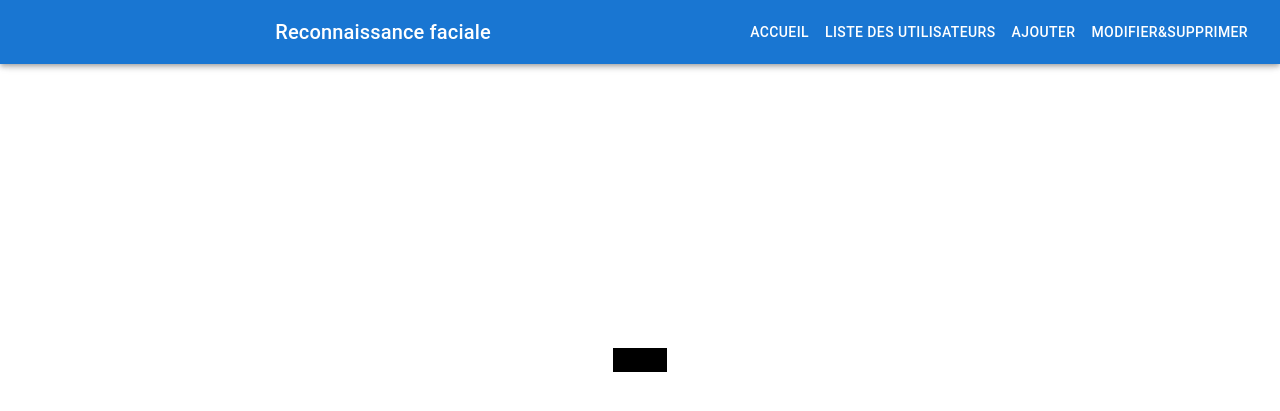
Repository: azizdeghais/Face-recognition-Platform
Page: / (app in front-end/)
These files come from the project's save history. The page is drawn as it stood at one moment and after the next save; the edit follows.
The browser window is 1280 px wide. The pictures show the whole page.
The project was rebuilt for these pictures with package versions that can differ from the ones it lists, and the page was loaded fresh each time. Also part of the build but not shown: front-end/vite.config.js, front-end/src/Ajouter/Ajouter.jsx, front-end/src/Modification/Modification.jsx, front-end/src/Liste/Liste.jsx.

Above is the page before, as saved 2023-05-15 00:48:23.

### front-end/src/main.jsx
import React from 'react'
import ReactDOM from 'react-dom/client'
import App from './App.jsx'
import './index.css'
import { BrowserRouter } from "react-router-dom";

ReactDOM.createRoot(document.getElementById('root')).render(
  <BrowserRouter>
    <App />
  </BrowserRouter>
)

### front-end/src/App.jsx
import './App.css'
import { Route, Routes } from "react-router-dom";
import Home from './Home/Home';
import Ajouter from './Ajouter/Ajouter';
import Modification from './Modification/Modification';
import Navbar from './Navbar/Navbar';
import Liste from './Liste/Liste';
function App() {

  return (
    <div>
      <Navbar/>
      <Routes>
        <Route path='/' element={<Home />} />
        <Route path='/ajouter' element={<Ajouter/>} />
        <Route path='/modifier' element={<Modification />} />
        <Route path='/liste' element={<Liste />} />

      </Routes>
    </div>
  )
}

export default App

### front-end/src/App.css
#root {
  max-width: 1280px;
  margin: 0 auto;
  padding: 2rem;
  text-align: center;
}

.logo {
  height: 6em;
  padding: 1.5em;
  will-change: filter;
  transition: filter 300ms;
}
.logo:hover {
  filter: drop-shadow(0 0 2em #646cffaa);
}
.logo.react:hover {
  filter: drop-shadow(0 0 2em #61dafbaa);
}

@keyframes logo-spin {
  from {
    transform: rotate(0deg);
  }
  to {
    transform: rotate(360deg);
  }
}

@media (prefers-reduced-motion: no-preference) {
  a:nth-of-type(2) .logo {
    animation: logo-spin infinite 20s linear;
  }
}

.card {
  padding: 2em;
}

.read-the-docs {
  color: #888;
}
.background-image{
  background-color: black;
}

### front-end/src/Home/Home.jsx
import React from 'react'
import '../App.css'
function Home() {
  return (
    <div className='background-image'>
      Accueil
    </div>
  )
}

export default Home

### front-end/src/Navbar/Navbar.jsx
import * as React from 'react';
import PropTypes from 'prop-types';
import AppBar from '@mui/material/AppBar';
import Box from '@mui/material/Box';
import CssBaseline from '@mui/material/CssBaseline';
import Divider from '@mui/material/Divider';
import Drawer from '@mui/material/Drawer';
import IconButton from '@mui/material/IconButton';
import List from '@mui/material/List';
import ListItem from '@mui/material/ListItem';
import ListItemButton from '@mui/material/ListItemButton';
import ListItemText from '@mui/material/ListItemText';
import MenuIcon from '@mui/icons-material/Menu';
import Toolbar from '@mui/material/Toolbar';
import Typography from '@mui/material/Typography';
import Button from '@mui/material/Button';
import {Link} from 'react-router-dom'
const drawerWidth = 240;
const navItems = ['Accueil','Liste des utilisateurs', 'Ajouter', 'Modifier&Supprimer'];



function DrawerAppBar(props) {
  const { window } = props;
  const [mobileOpen, setMobileOpen] = React.useState(false);

  const handleDrawerToggle = () => {
    setMobileOpen((prevState) => !prevState);
  };

  const drawer = (
    <Box onClick={handleDrawerToggle} sx={{ textAlign: 'center' }}>
      <Typography variant="h6" sx={{ my: 2 }}>
        Reconnaissance faciale
      </Typography>
      <Divider />
      <List>
       <ListItem disablePadding>
        <ListItemButton sx={{ textAlign:'center'}}>
            <ListItemText primary={navItems[0]}/>
        </ListItemButton>
       </ListItem>
       <ListItem disablePadding>
        <ListItemButton sx={{ textAlign:'center'}}>
            <ListItemText primary={navItems[1]}/>
        </ListItemButton>
       </ListItem>
       <ListItem disablePadding>
        <ListItemButton sx={{ textAlign:'center'}}>
            <ListItemText primary={navItems[2]}/>
        </ListItemButton>
       </ListItem>
       <ListItem disablePadding>
        <ListItemButton sx={{ textAlign:'center'}}>
            <ListItemText primary={navItems[3]}/>
        </ListItemButton>
       </ListItem>
      </List>
    </Box>
  );

  const container = window !== undefined ? () => window().document.body : undefined;

  return (
    <Box sx={{ display: 'flex' }}>
      <CssBaseline />
      <AppBar component="nav">
        <Toolbar>
          <IconButton
            color="inherit"
            aria-label="open drawer"
            edge="start"
            onClick={handleDrawerToggle}
            sx={{ mr: 2, display: { sm: 'none' } }}
          >
            <MenuIcon />
          </IconButton>
          <Typography
            variant="h6"
            component="div"
            sx={{ flexGrow: 1, display: { xs: 'none', sm: 'block' } }}
          >
            Reconnaissance faciale
          </Typography>
          <Box sx={{ display: { xs: 'none', sm: 'block' } }}>
        <Link to="/">
          <Button sx={{color:'#fff'}}>
            {navItems[0]}
          </Button>
        </Link>
        <Link to="/liste">
          <Button sx={{color:'#fff'}}>
            {navItems[1]}
          </Button>
        </Link>
        <Link to="/ajouter">
          <Button sx={{color:'#fff'}}>
            {navItems[2]}
          </Button>
        </Link>
        <Link to="/modifier">
          <Button sx={{color:'#fff'}}>
            {navItems[3]}
          </Button>
        </Link>

          </Box>
        </Toolbar>
      </AppBar>
      <Box component="nav">
        <Drawer
          container={container}
          variant="temporary"
          open={mobileOpen}
          onClose={handleDrawerToggle}
          ModalProps={{
            keepMounted: true, // Better open performance on mobile.
          }}
          sx={{
            display: { xs: 'block', sm: 'none' },
            '& .MuiDrawer-paper': { boxSizing: 'border-box', width: drawerWidth },
          }}
        >
          {drawer}
        </Drawer>
      </Box>

    </Box>
  );
}

DrawerAppBar.propTypes = {
  /**
   * Injected by the documentation to work in an iframe.
   * You won't need it on your project.
   */
  window: PropTypes.func,
};

export default DrawerAppBar;

Loaded but not shown: front-end/index.html (common file); front-end/src/index.css (common file)

After the next save:
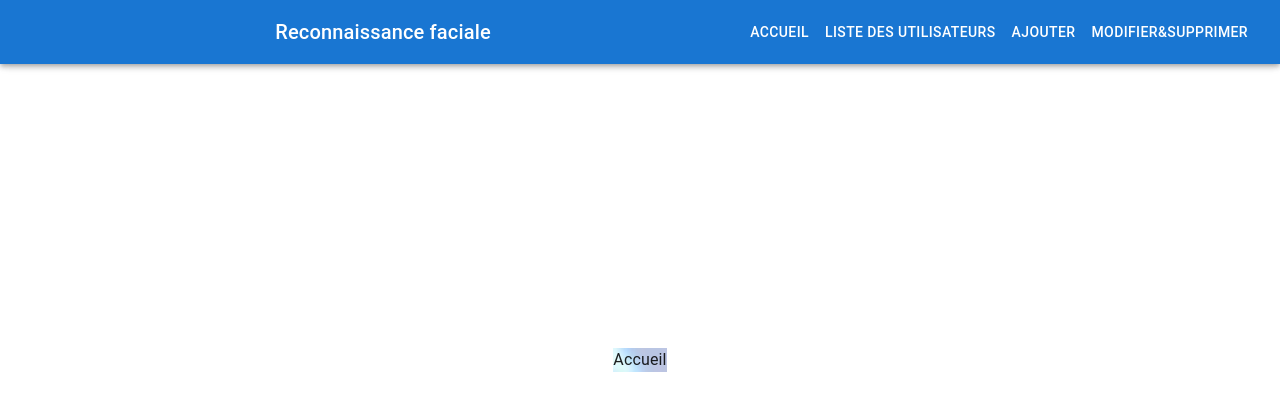
Saved 3 min 16 s later.
--- a/front-end/src/App.css
+++ b/front-end/src/App.css
@@ -41,5 +41,5 @@
   color: #888;
 }
 .background-image{
-  background-color: black;
+  background-image: url(../public/bg.jpg);
 }
